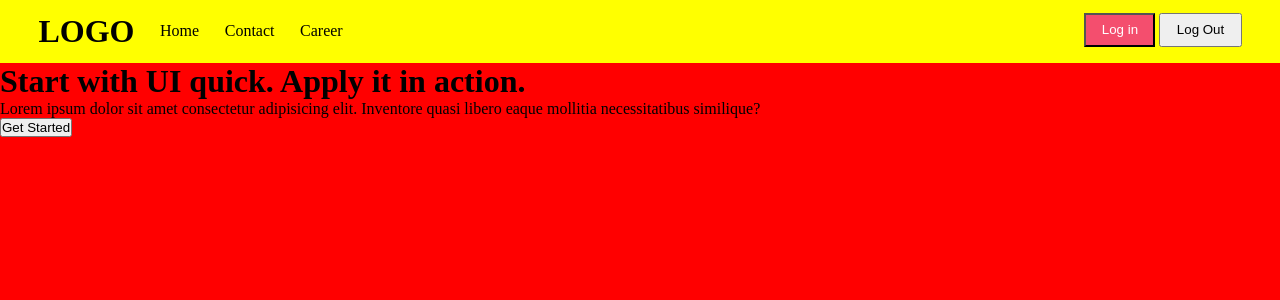
Repository: Ashishchakravartii/landingPage
Page: index.html
These files come from the project's save history. The page is drawn as it stood at one moment and after the next save; the edit follows.
The browser window is 1280 px wide. The pictures show the whole page.

Above is the page before, as saved 2024-07-24 12:36:41.

### index.html
<!DOCTYPE html>
<html lang="en">
  <head>
    <meta charset="UTF-8" />
    <meta name="viewport" content="width=device-width, initial-scale=1.0" />
    <title>Document</title>
    <link rel="stylesheet" href="style.css">
  </head>
  <body>
    <div class="main">
     <div class="navBar">
        <div class="navLeft">
        <h1>LOGO</h1>
        <a href="">Home</a>
        <a href="">Contact</a>
        <a href="">Career</a>
        </div>

        <div class="navRight">
            <button>Log in</button>
            <button>Log Out</button>
        </div>
     </div>
     <div class="bottomSec">
        <div class="bottomLeft">
            <h1>Start with UI quick. Apply it in action.</h1>
            <p>Lorem ipsum dolor sit amet consectetur adipisicing elit. Inventore quasi libero eaque mollitia necessitatibus similique?</p>
            <button>Get Started</button>
        </div>
        <div class="bottomRight"></div>
     </div>

    </div>
  </body>
</html>

### style.css
*{
    margin: 0;
    padding: 0;
    box-sizing: border-box;
}
html,
body{
    width: 100%;
    height: 100%;
}

.main{
    width: 100vw;
    height: 100vh;
    background-color: red;
}
.navBar{
    width: 100%;
    background-color: yellow;
    display: flex;
    justify-content: space-between;
    padding: 1vmax 3vmax;
}
.navLeft{
    display: flex;
    gap: 2vmax;
    align-items: center;
}
.navLeft>a{
    text-decoration: none;
    color: black;
}

.navRight>button{
    padding: 0.6vmax 1.2vmax;
}
.navRight>button:first-child{
    background-color: #F44E6E;
    color: white;
    bior
}

After the next save:
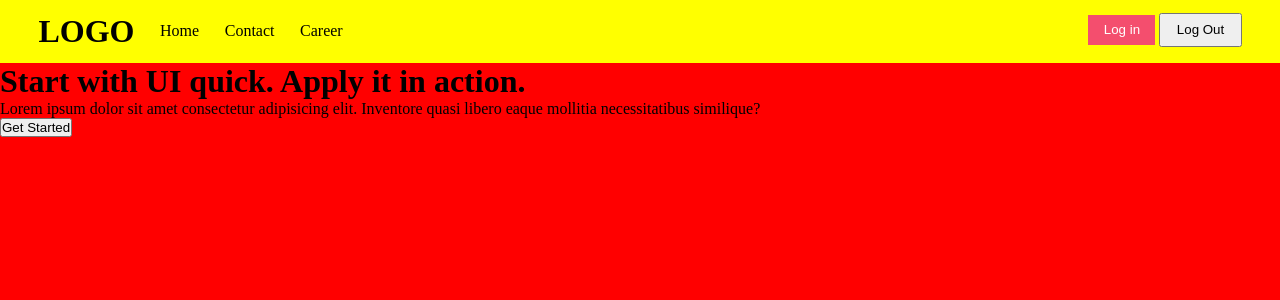
Saved 5 s later.
--- a/style.css
+++ b/style.css
@@ -37,5 +37,5 @@ body{
 .navRight>button:first-child{
     background-color: #F44E6E;
     color: white;
-    bior
+    border: 0;
 }
